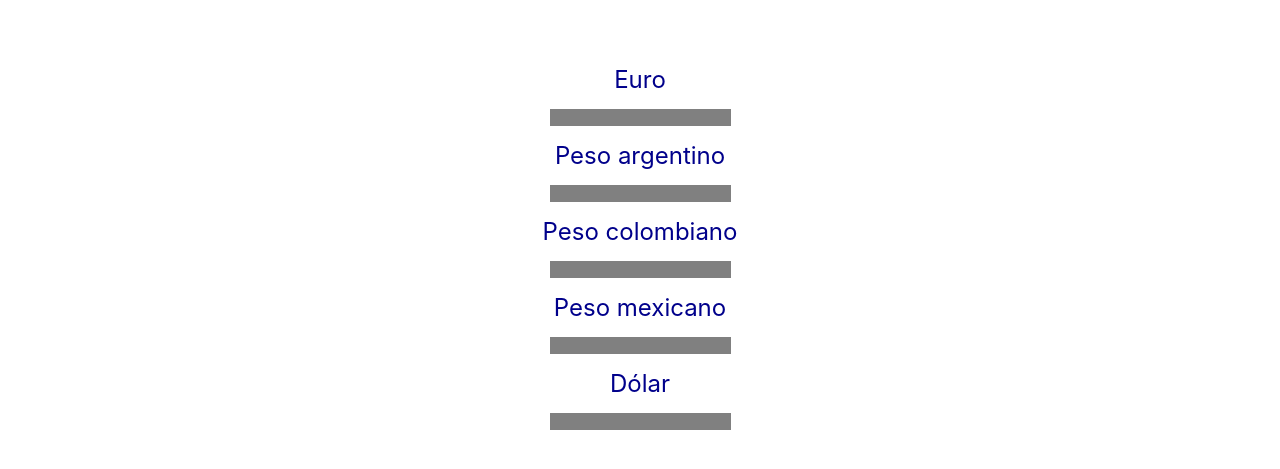
Repository: abgdev1997/ejercicios-react
Page: /
These files come from the project's save history. The page is drawn as it stood at one moment and after the next save; the edit follows.
The browser window is 1280 px wide. The pictures show the whole page.
The project was rebuilt for these pictures with package versions that can differ from the ones it lists, and the page was loaded fresh each time.

Above is the page before, as saved 2022-02-22 14:06:16.

After the next save:
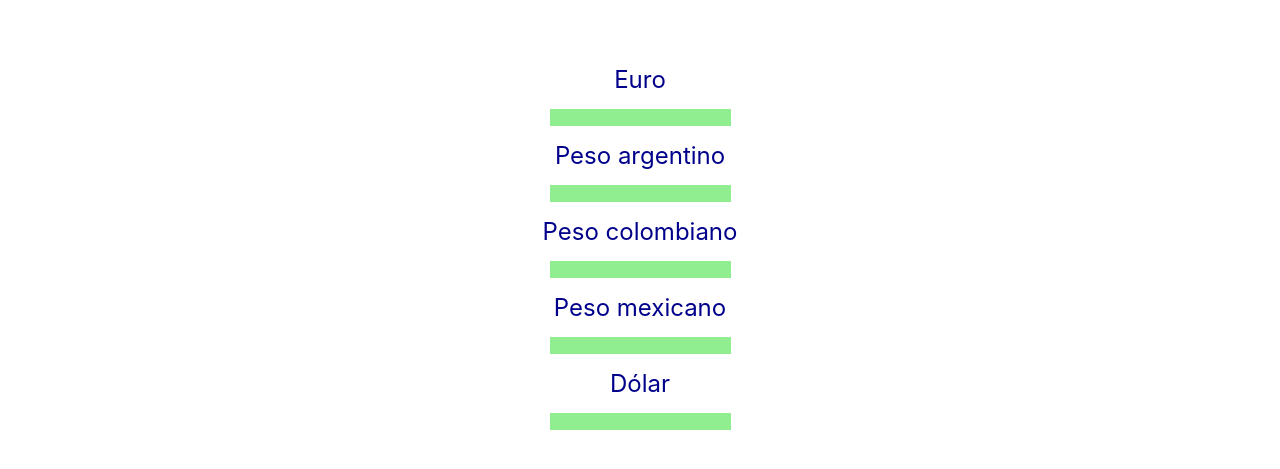
Saved 31 s later.
--- a/src/AppConversor.css
+++ b/src/AppConversor.css
@@ -13,5 +13,5 @@
 
 .input{
     border: none;
-    background-color: grey;
+    background-color: lightgreen;
 }
